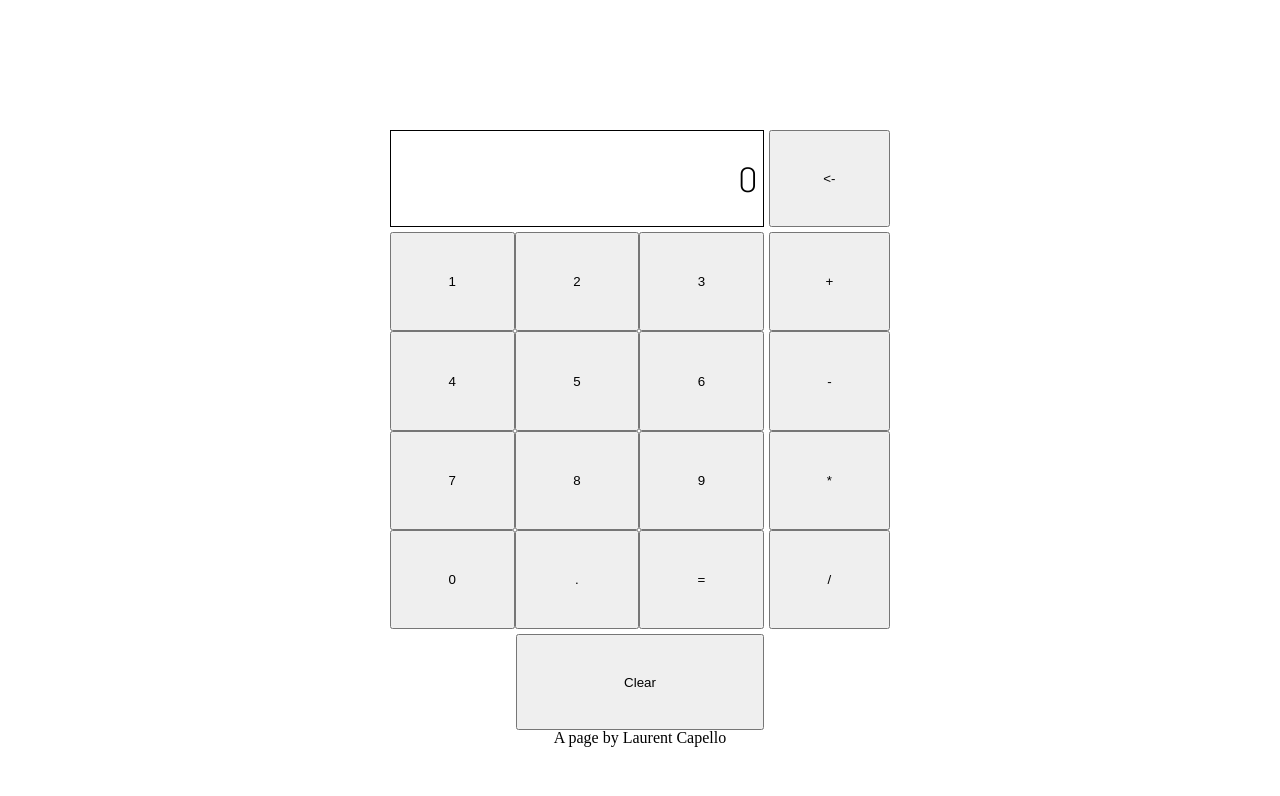
Repository: sokafootball/js-calculator
Page: index.html
An editor plug-in stored every save of this project. The page is shown before and after the next save, followed by the edit.
The browser window is 1280 px wide. The pictures show the whole page.

Above is the page before, as saved 2020-05-02 11:37:02.

### index.html
<html>
<head>
  <link rel="stylesheet" type="text/css" href="reset.css">
  <link rel="stylesheet" type="text/css" href="style.css">
  <!--<link rel="stylesheet" type="text/css" href="wireframe.css">-->
  <link href="https://fonts.googleapis.com/css2?family=Barlow:wght@300&display=swap" rel="stylesheet">
</head>
<body>
<main id="main">
  <div id="calculator">
    <p id="display">0</p>
    <button id="backspace" class="button"><-</button>
    <div id="numpad">
      <button class="button num-button">1</button>
      <button class="button num-button">2</button>
      <button class="button num-button">3</button>
      <button class="button num-button">4</button>
      <button class="button num-button">5</button>
      <button class="button num-button">6</button>
      <button class="button num-button">7</button>
      <button class="button num-button">8</button>
      <button class="button num-button">9</button>
      <button class="button num-button">0</button>
      <button class="button">.</button>
      <button id="equal-button" class="button">=</button>
    </div>
    <div id="operators">
      <button class="button operation-button">+</button>
      <button class="button operation-button">-</button>
      <button class="button operation-button">*</button>
      <button class="button operation-button">/</button>
    </div>
    <button id="clear-button" class="button">Clear</button>
  </div>
</main>
<footer id="footer">
  <p>A page by <span id="signature">Laurent Capello</span></p>
</footer>
<script type="text/javascript" src="script.js"></script>
</body>
</html>

### style.css
body{
  align-items: center;
  display: flex;
  flex-direction: column;
  justify-content: space-between;
}

#backspace{
  grid-area: backspace;
}

#calc-top{
  margin-bottom: 40px;
}

#clear-button{
  grid-area: clear;
}

#display{
  animation-name: display-full;
  animation-duration: 0.4s;
  border: 1px solid black;
  font-family: 'Barlow', sans-serif;
  font-size: 35px;
  grid-area: display;
  line-height: 95px;
  padding-right: 5px;
  text-align: right;
  vertical-align: middle;
}

#calculator{
  display: grid;
  gap: 5px 5px;
  grid-template-areas:
    "display display display backspace"
    "numpad numpad numpad operators"
    "numpad numpad numpad operators"
    "numpad numpad numpad operators"
    "numpad numpad numpad operators"
    ". clear clear .";
  grid-template-columns: repeat(4, 1fr);
  grid-template-rows: repeat(6, 1fr);
  height: 600px;
  margin-top: 130px;
  width: 500px;
}

#footer{
  margin-bottom: 50px;
}

#numpad{
  display: grid;
  grid-area: numpad;
  grid-template-columns: repeat(3, 1fr);
  grid-template-rows: repeat(4, 1fr);
}

#operators{
  display: flex;
  flex-direction: column;
  justify-content: space-evenly;
  grid-area: operators;
}

#operators button{
  flex-grow: 1;
}

@keyframes display-full{
  0% {border: 1px solid black;}
  50% {
    border: 2px solid red;
    box-shadow: 0px 0px 6px 1px red;
  }
  100% {border: 1px solid black;}
}

### script.js
/*
TO DO
-mettere feedback visivo per display troppo pieno
-gestire tasto cancella
*/
const MAX_DISPLAY_LENGTH = 15
const MAX_DECIMALS = 3
const EXPONENTIAL_NOTATION_DIGITS = MAX_DISPLAY_LENGTH - 4 //4 digits are reserved for the exponential notation and the dot
let display = document.querySelector(`#display`)
let overwriteIsOn = true
let operation = null, operand1 = null, operand2 = null
addFunctionsToBtns()

function pressDeleteBtn(){
	if(display.innerText.length == 0) return
	display.innerText = display.innerText.slice(0, -1);

}

function pressClearBtn(){
	clear()
}

function clear(){
	display.innerText = `0`
	operation = null
	operand1 = null
	operand2 = null
	overwriteIsOn = true
}

function pressEqualBtn(){
	if(operand1 != null && operand2 != null){
		displayResult()
		operation = null
		overwriteIsOn = true
		operand2 = null
	}else{
		operation = null
		overwriteIsOn = true
		operand2 = null
		display.innerText = operand1 == null ? `0` : operand1
	}
}

function displayResult(){
	operand1 = operate(operation, operand1, operand2)
	operand2 = null
	display.innerText = operand1
}

function pressNumBtn(num){
	displayNumber(Number(num))
	saveNumber()
}

function saveNumber(){
	if(operation == null)
		operand1 =  Number(display.innerText)
	else operand2 =  Number(display.innerText)
}

function pressOperationBtn(operationSign){
	if (operation == null){
		saveOperation(operationSign)
	}else{
		if(operand1 != null && operand2 != null){
			displayResult()
		}
		saveOperation(operationSign)
	}
}

function displayNumber(num){
  if(overwriteIsOn){
		display.innerText = num
		overwriteIsOn = false
	}else{
		if(display.innerText.length >= MAX_DISPLAY_LENGTH){
			console.log(`The display is full!`)
			return
		}
		display.innerText += num
	}
}

function operate(operation, a, b){
	let result = null
	switch (operation){
		case `+`:
			operation = add
			break
		case `-`:
			operation = subtract
			break;
		case `*`:
			operation = multiply
			break
		case `/`:
			operation = divide
			break;
		default:
			console.log(`invalid operation`)
			return
	}
	result = Number(operation(a,b))
	result = truncateDecimals(result)
	result = truncateIntegers(result)
  return result
}

function add (...nums) {
	return nums.reduce((total, num) => {
		return total + num
	}, 0)
}

function subtract (...nums) {
	return nums.reduce((total, num) => {
		return total - num
	})
}

function sum (arr) {
	return add(...arr)
}

function divide (...nums){
	if (nums[1] == 0){
		console.log(`you can't divide by 0!`)
		clear()
		return 0
	}
	return nums.reduce((total, num) => total / num
	)
}

function multiply (...nums) {
	return nums.reduce((total, num) => {
		return total * num
	})
}


function saveOperation(operationSign){
	operation = operationSign
	overwriteIsOn = true
}


function addFunctionsToBtns(){
	let numButtons = document.querySelectorAll(`.num-button`)
	numButtons = Array.from(numButtons)
	numButtons.forEach(button => {
		button.addEventListener(`click`, () => pressNumBtn(button.innerText))
	});

	let opButtons = document.querySelectorAll(`.operation-button`)
	opButtons = Array.from(opButtons)
	opButtons.forEach(button => {
		button.addEventListener(`click`, () => pressOperationBtn(button.innerText))
	});

	let equalButton = document.querySelector(`#equal-button`)
	equalButton.addEventListener(`click`, pressEqualBtn)

	let clearButton = document.querySelector(`#clear-button`)
	clearButton.addEventListener(`click`, pressClearBtn)
}

function truncateDecimals(num){
	if((num % 1).toString().length > MAX_DECIMALS) return Number(num).toFixed(MAX_DECIMALS)
	return num
}

function truncateIntegers(num){
	if(num.toString().length <= MAX_DISPLAY_LENGTH) return num
	return num.toExponential(EXPONENTIAL_NOTATION_DIGITS)
}

Loaded but not shown: reset.css (common file)

After the next save:
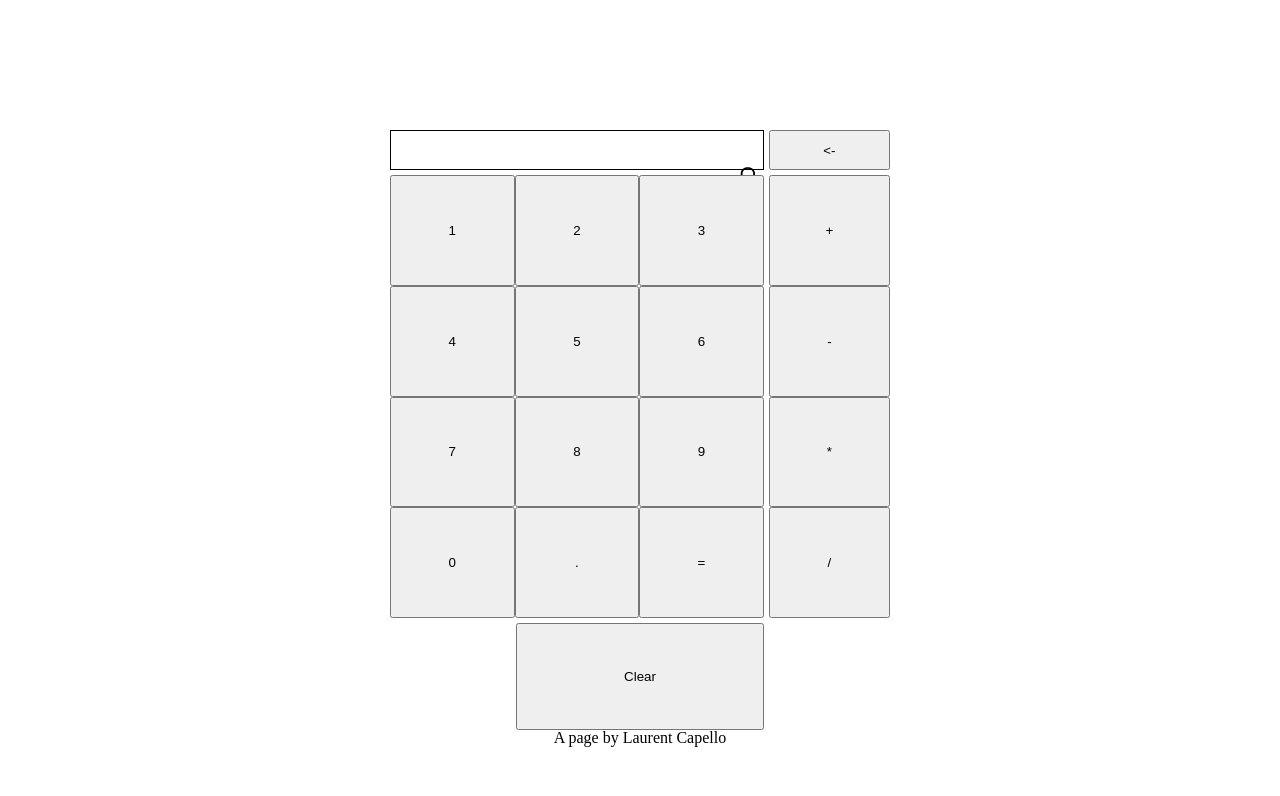
Saved 3 min 17 s later.
--- a/style.css
+++ b/style.css
@@ -41,7 +41,7 @@ body{
     "numpad numpad numpad operators"
     ". clear clear .";
   grid-template-columns: repeat(4, 1fr);
-  grid-template-rows: repeat(6, 1fr);
+  grid-template-rows: 40px repeat(5, 1fr);
   height: 600px;
   margin-top: 130px;
   width: 500px;
